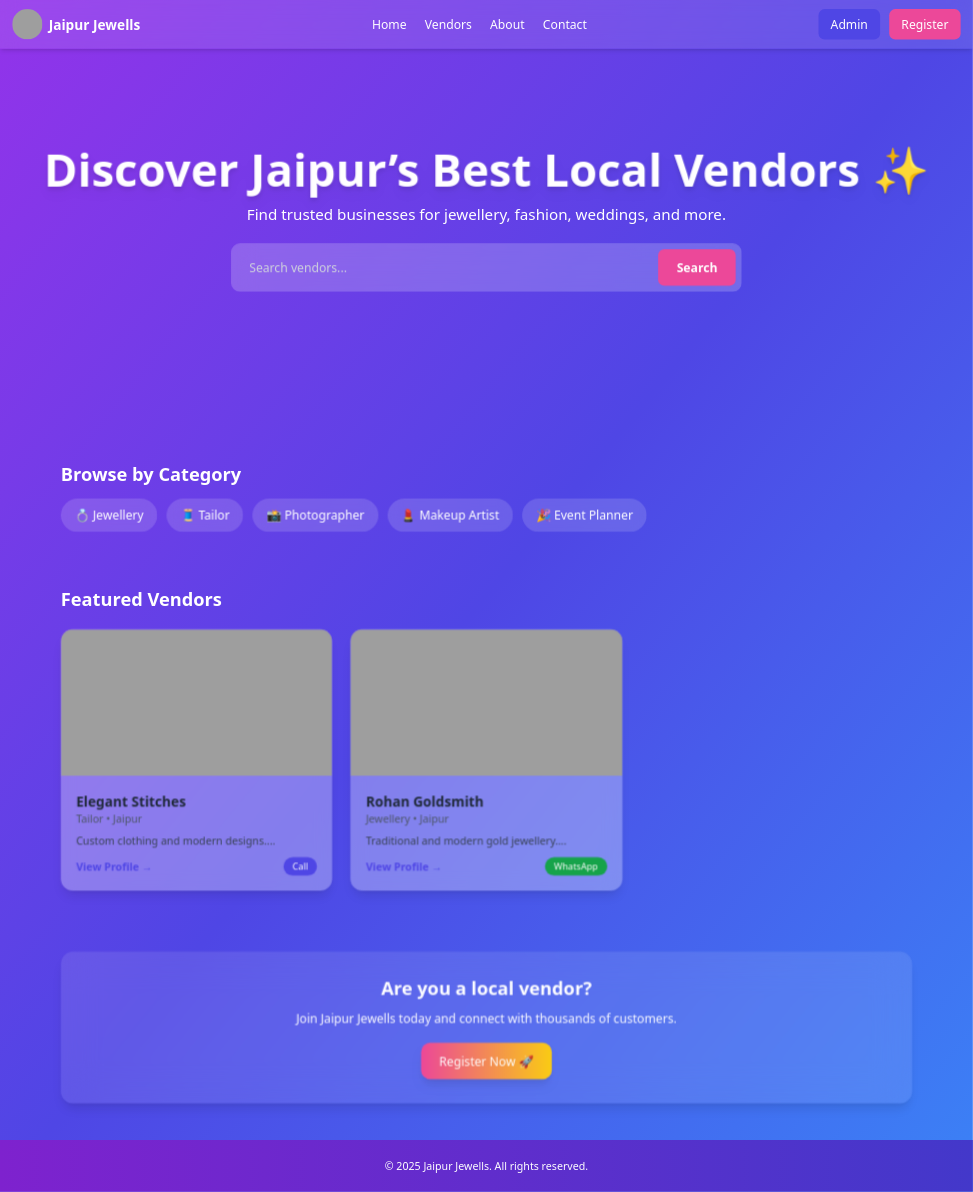
Repository: aayushtailor/VendorConnect
Page: index.html
The author's editor kept a copy of each file at every save. The page is drawn from the files as they stood at one save, then again after a run of saves.
The browser window is 1280 px wide. The pictures show the whole page, at 76% of full size.
Pictures or frames that could not be fetched are drawn as grey boxes. Some web libraries are served in a nearby version.

Above is the page before, as saved 2025-09-20 11:32:16.

After the next 3 saves:
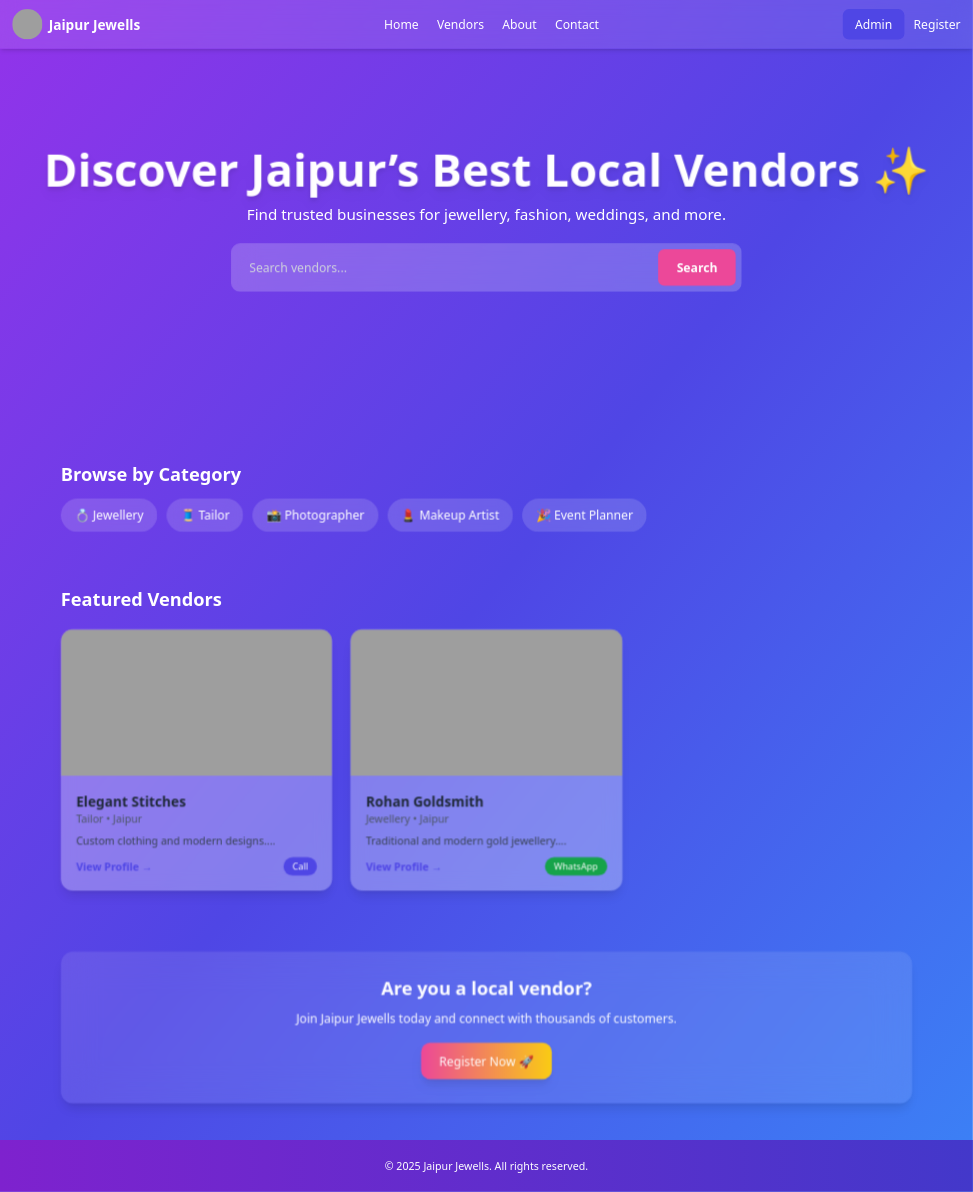
The 3 saves are shown as one change because they came seconds apart.
The last was saved 68 s later.
--- a/index.html
+++ b/index.html
@@ -32,7 +32,7 @@
     <!-- CTA + Hamburger -->
     <div class="flex items-center gap-3">
       <a href="admin.html" class="hidden md:block px-4 py-2 bg-indigo-600 text-white rounded-lg hover:bg-indigo-700">Admin</a>
-      <button id="openRegister" class="hidden md:block px-4 py-2 bg-pink-500 text-white rounded-lg hover:bg-pink-600">Register</button>
+      <button id="openRegister" <a="hidden md:block px-4 py-2 bg-pink-500 text-white rounded-lg hover:bg-pink-600">Register</button>
       <!-- Hamburger -->
       <button id="menuBtn" class="md:hidden flex flex-col gap-1">
         <span class="w-6 h-0.5 bg-white"></span>

After the 3 saves that followed:
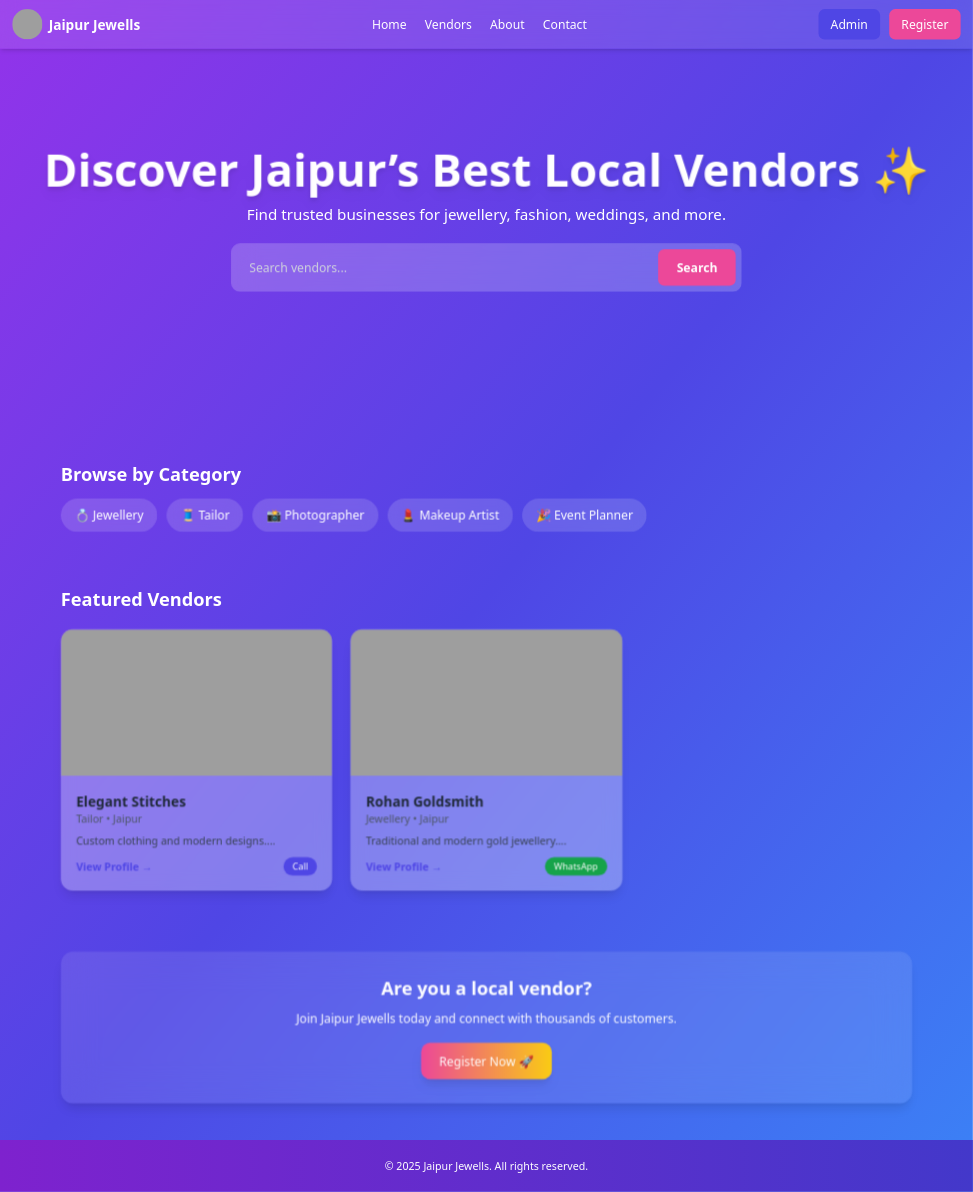
The 3 saves are shown as one change because 2 left the picture as it was.
The last was saved 19 s later.
--- a/index.html
+++ b/index.html
@@ -32,7 +32,7 @@
     <!-- CTA + Hamburger -->
     <div class="flex items-center gap-3">
       <a href="admin.html" class="hidden md:block px-4 py-2 bg-indigo-600 text-white rounded-lg hover:bg-indigo-700">Admin</a>
-      <button id="openRegister" <a="hidden md:block px-4 py-2 bg-pink-500 text-white rounded-lg hover:bg-pink-600">Register</button>
+      <button id="openRegister" class="hidden md:block px-4 py-2 bg-pink-500 text-white rounded-lg hover:bg-pink-600">Register</button>
       <!-- Hamburger -->
       <button id="menuBtn" class="md:hidden flex flex-col gap-1">
         <span class="w-6 h-0.5 bg-white"></span>
